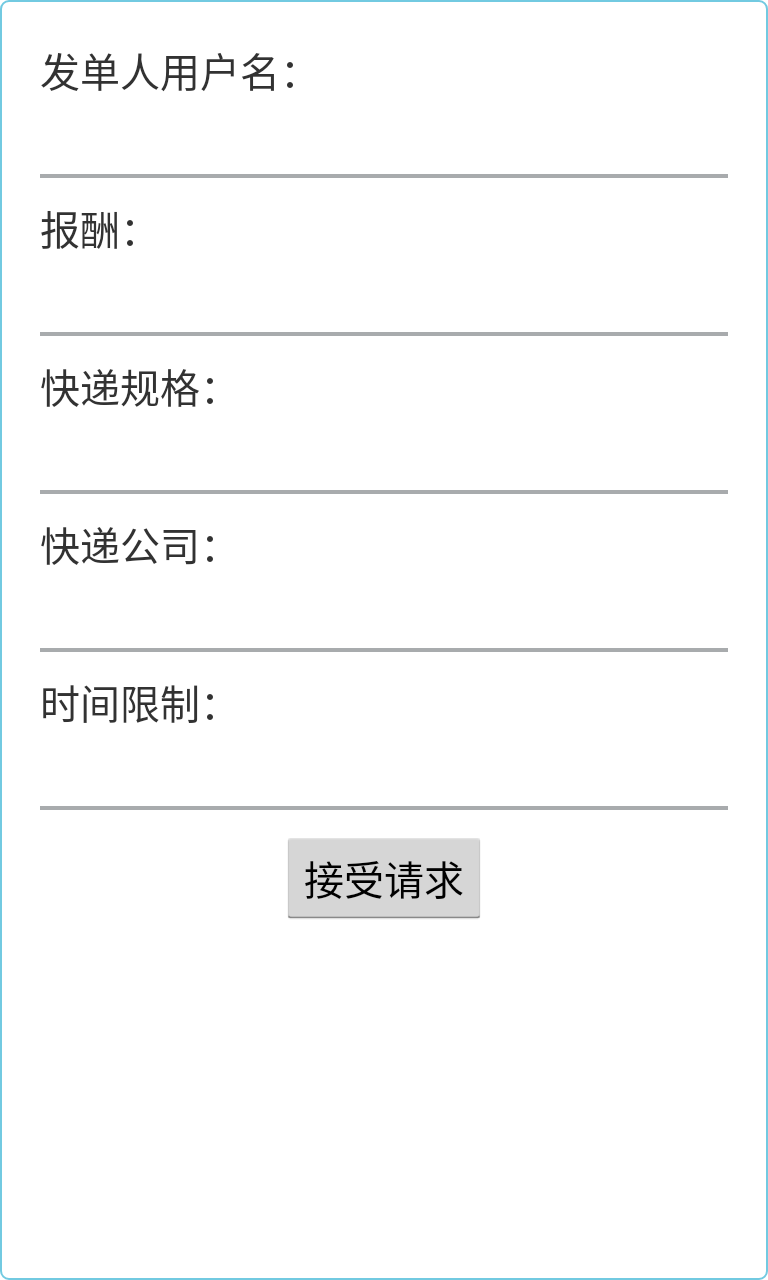
Repository: fariashen/campus-express
Layout: easyCourier/res/layout/activity_requestdetail.xml
The author's editor kept a copy of each file at every save. The layout is drawn from the files as they stood at one save, then again after the next save.
It is drawn on a 768 x 1280 px phone screen (xhdpi) without system bars, with theme AppTheme; the app's code is not run.

Above is the layout before, as saved 2016-04-25 07:57:20.

After the next save:
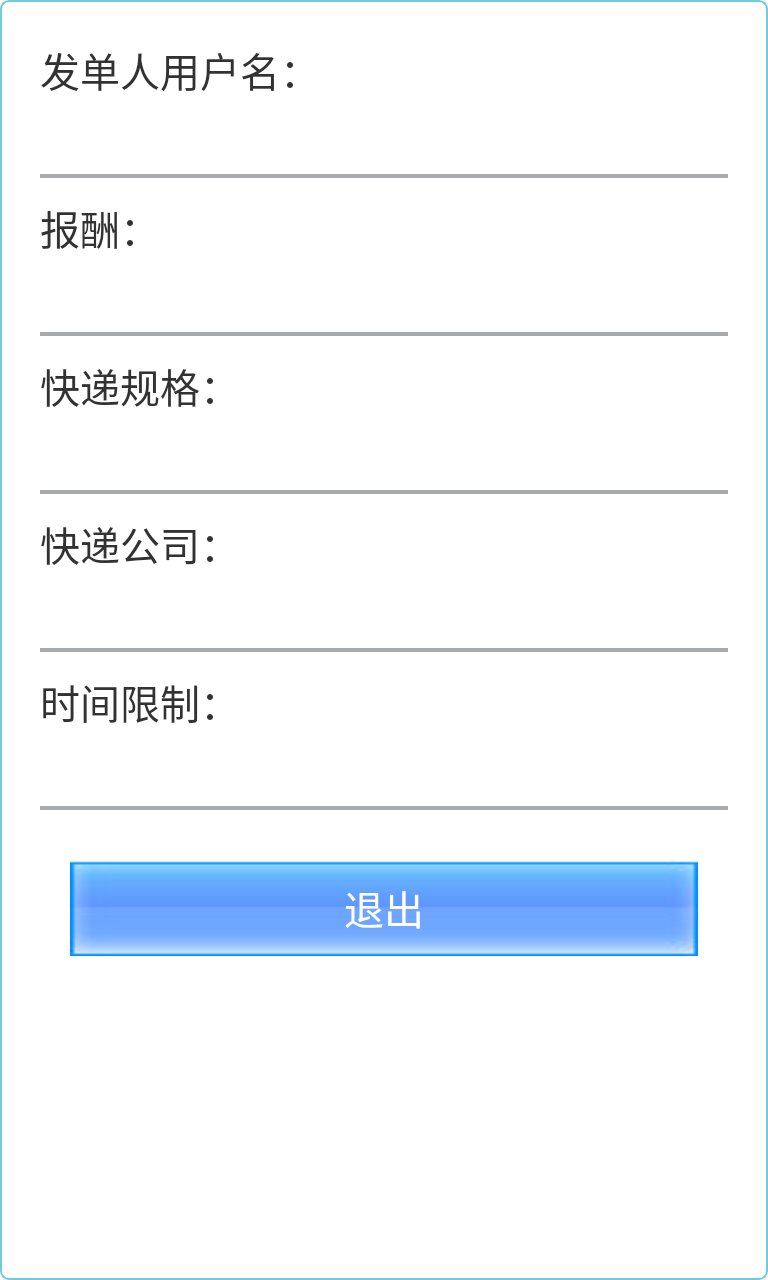
Saved 59 s later.
--- a/easyCourier/res/layout/activity_requestdetail.xml
+++ b/easyCourier/res/layout/activity_requestdetail.xml
@@ -95,10 +95,18 @@
 
             <Button
                 android:id="@+id/bt_acceptRequest"
-                android:layout_width="wrap_content"
+                android:layout_width="fill_parent"
                 android:layout_height="wrap_content"
-                android:layout_gravity="center"
-                android:text="接受请求"
+                android:layout_alignParentBottom="true"
+                android:layout_gravity="bottom"
+                android:layout_marginBottom="38dp"
+                android:layout_marginLeft="15.0dip"
+                android:layout_marginRight="15.0dip"
+                android:layout_marginTop="15dp"
+                android:background="@drawable/anniu"
+                android:gravity="center"
+                android:text="退出"
+                android:textColor="#ffffff"
                 android:textSize="20sp" />
         </LinearLayout>
     </ScrollView>
